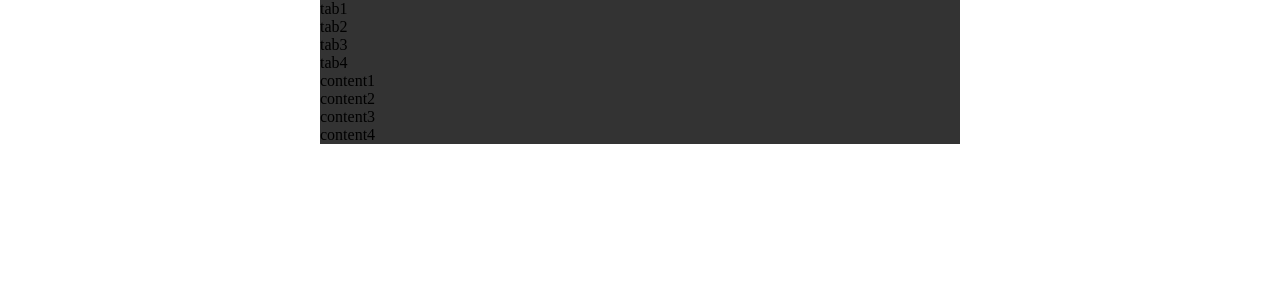
Repository: PCTai/javascript-coban
Page: tab UI/index.html
The author's editor kept a copy of each file at every save. The page is drawn from the files as they stood at one save, then again after the next save.
The browser window is 1280 px wide. The pictures show the whole page.

Above is the page before, as saved 2022-02-09 16:44:15.

### tab UI/index.html
<!DOCTYPE html>
<html lang="en">
<head>
    <meta charset="UTF-8">
    <meta http-equiv="X-UA-Compatible" content="IE=edge">
    <meta name="viewport" content="width=device-width, initial-scale=1.0">
    <title>Document</title>
    <link rel="stylesheet" href="./style.css">
</head>
<body>
    <div class="container">
        <div class="tab">
            <div class="tab-item">tab1</div>
            <div class="tab-item">tab2</div>
            <div class="tab-item">tab3</div>
            <div class="tab-item">tab4</div>
            <div class="tab-line"></div>
        </div>
        <div class="box">
            <div class="box-item">content1</div>
            <div class="box-item">content2</div>
            <div class="box-item">content3</div>
            <div class="box-item">content4</div>
        </div>

    </div>


    <script src="./app.js"></script>
</body>
</html>

### tab UI/style.css
*{
    margin: 0;
    border: 0;
    padding: 0;
}
.container{
    width: 50%;
    margin: auto;
    background-color: #333;
}

Loaded but not shown: tab UI/app.js (no stored copy; drawn as an empty file)

After the next save:
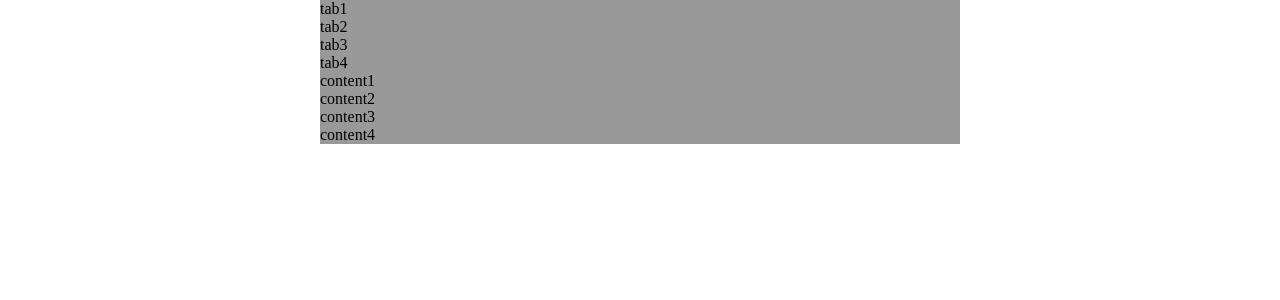
Saved 37 s later.
--- a/tab UI/style.css
+++ b/tab UI/style.css
@@ -6,5 +6,5 @@
 .container{
     width: 50%;
     margin: auto;
-    background-color: #333;
+    background-color: #999;
 }
